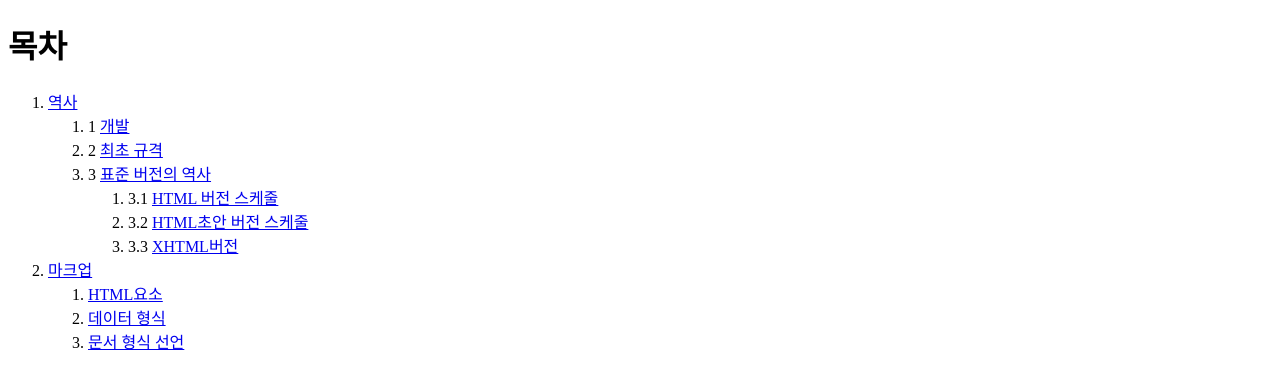
Repository: ggandory/CODE
Page: 6/wiki/index.html
The author's editor kept a copy of each file at every save. The page is drawn from the files as they stood at one save, then again after the next save.
The browser window is 1280 px wide. The pictures show the whole page.

Above is the page before, as saved 2024-02-07 23:50:51.

After the next save:
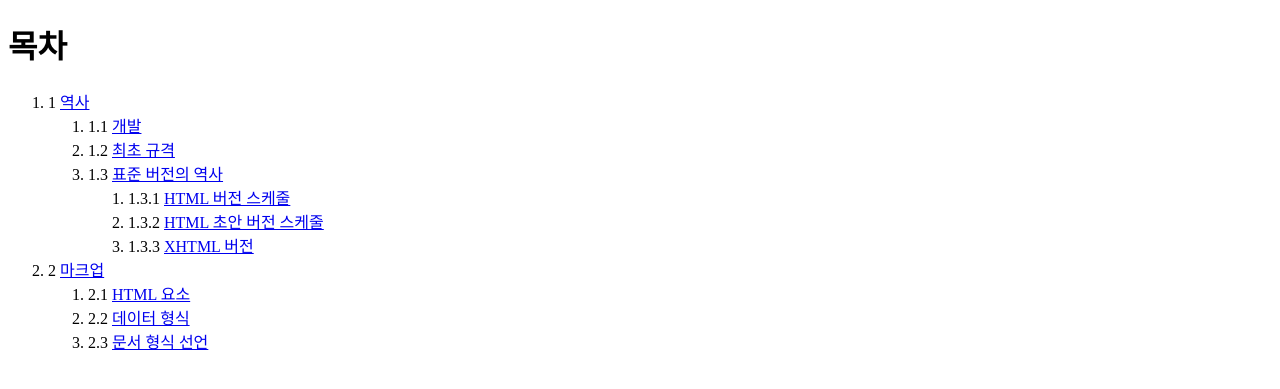
Saved 31 s later.
--- a/6/wiki/index.html
+++ b/6/wiki/index.html
@@ -11,46 +11,51 @@
       <h1>목차</h1>
       <ol>
         <li>
+          <span>1</span>
           <a href="#">역사</a>
           <ol>
             <li>
-              <span>1</span>
+              <span>1.1</span>
               <a href="#">개발</a>
             </li>
             <li>
-              <span>2</span>
+              <span>1.2</span>
               <a href="#">최초 규격</a>
             </li>
             <li>
-              <span>3</span>
+              <span>1.3</span>
               <a href="#">표준 버전의 역사</a>
               <ol>
                 <li>
-                  <span>3.1</span>
+                  <span>1.3.1</span>
                   <a href="#">HTML 버전 스케줄</a>
                 </li>
                 <li>
-                  <span>3.2</span>
-                  <a href="#">HTML초안 버전 스케줄</a>
+                  <span>1.3.2</span>
+                  <a href="#">HTML 초안 버전 스케줄</a>
                 </li>
                 <li>
-                  <span>3.3</span>
-                  <a href="#">XHTML버전</a>
+                  <span>1.3.3</span>
+                  <a href="#">XHTML 버전</a>
                 </li>
               </ol>
             </li>
           </ol>
         </li>
         <li>
+          <span>2</span>
           <a href="#">마크업</a>
           <ol>
             <li>
-              <a href="#">HTML요소</a>
+              <span>2.1</span>
+              <a href="#">HTML 요소</a>
             </li>
             <li>
+              <span>2.2</span>
               <a href="#">데이터 형식</a>
             </li>
             <li>
+              <span>2.3</span>
               <a href="#">문서 형식 선언</a>
             </li>
           </ol>

After the save that followed:
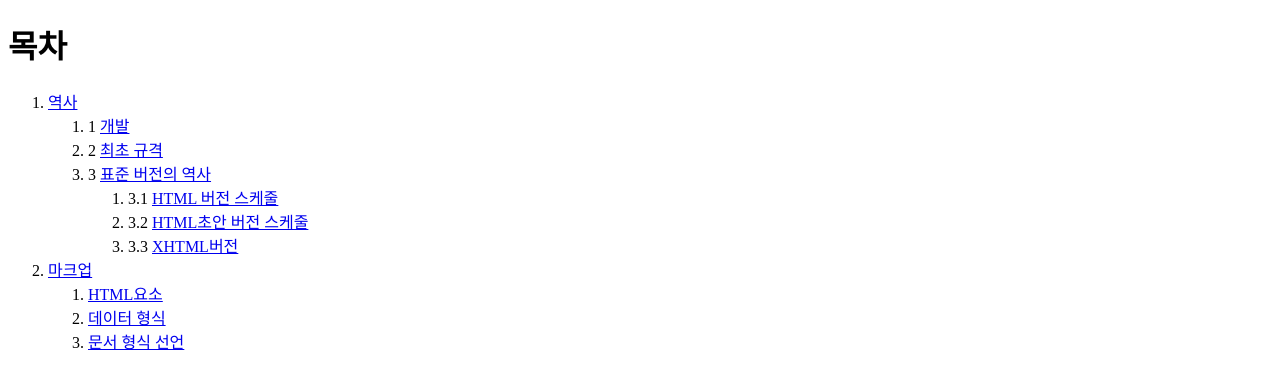
Saved 32 s later.
--- a/6/wiki/index.html
+++ b/6/wiki/index.html
@@ -11,51 +11,46 @@
       <h1>목차</h1>
       <ol>
         <li>
-          <span>1</span>
           <a href="#">역사</a>
           <ol>
             <li>
-              <span>1.1</span>
+              <span>1</span>
               <a href="#">개발</a>
             </li>
             <li>
-              <span>1.2</span>
+              <span>2</span>
               <a href="#">최초 규격</a>
             </li>
             <li>
-              <span>1.3</span>
+              <span>3</span>
               <a href="#">표준 버전의 역사</a>
               <ol>
                 <li>
-                  <span>1.3.1</span>
+                  <span>3.1</span>
                   <a href="#">HTML 버전 스케줄</a>
                 </li>
                 <li>
-                  <span>1.3.2</span>
-                  <a href="#">HTML 초안 버전 스케줄</a>
+                  <span>3.2</span>
+                  <a href="#">HTML초안 버전 스케줄</a>
                 </li>
                 <li>
-                  <span>1.3.3</span>
-                  <a href="#">XHTML 버전</a>
+                  <span>3.3</span>
+                  <a href="#">XHTML버전</a>
                 </li>
               </ol>
             </li>
           </ol>
         </li>
         <li>
-          <span>2</span>
           <a href="#">마크업</a>
           <ol>
             <li>
-              <span>2.1</span>
-              <a href="#">HTML 요소</a>
+              <a href="#">HTML요소</a>
             </li>
             <li>
-              <span>2.2</span>
               <a href="#">데이터 형식</a>
             </li>
             <li>
-              <span>2.3</span>
               <a href="#">문서 형식 선언</a>
             </li>
           </ol>
